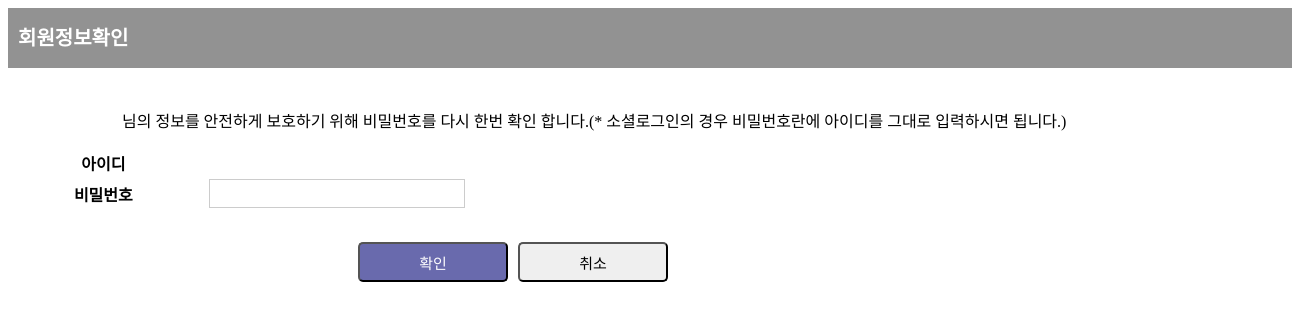
Repository: euzny/Spring-Website
Page: http://localhost/anafor/WEB-INF/views/my_info/checkpw.jsp
The author's editor kept a copy of each file at every save. The page is drawn from the files as they stood at one save, then again after the next save.
The browser window is 1280 px wide. The page is 1292 px wide, so the pictures cover 1292 px, including what lies to the right of the window. The pictures show the whole page.
The page is served by Tomcat 9. Nobody is signed in. Other server files are loaded and not shown. The template is opened directly, without the code that normally fills it, so the values that code supplies are empty.

Above is the page before, as saved 2022-06-21 10:34:29.

### Workspace/anafor/src/main/webapp/WEB-INF/views/my_info/checkpw.jsp
<%@ page language="java" contentType="text/html; charset=UTF-8"
    pageEncoding="UTF-8"%>
<!DOCTYPE html>
<html>
<head>
<meta charset="UTF-8">
<title>Insert title here</title>
<style>
	#titlename{ width:100%; background:#929292; height:60px; text-align:left; font-size:20px; font-weight:700; line-height:60px; padding: 0px 10px; color:#FFFFFF; }
	#spanid,#id{ color:#696AAD; font-weight:800;}
	#spanid { margin-left:10px; }
	#msg_user{width:80%; height:40px; margin-top:40px; text-align:left; margin-left:100px; }
	table{
		width:80%;
	}
	td{
		text-align:left;
		padding-left:10px;
	}
	input[type="password"]{
		border:1px solid #ccc;
		width:250px;
		height:25px;
	}
	input[type="button"]{
		width:150px;
		height:40px;
		margin-right:10px;
		margin-top:30px;
		border-radius:5px;
		font-size:15px;
		color:#FFFFFF;
		cursor:pointer;
	}

	input[type="button"]:nth-child(1){
		background:#696AAD;
	}
	input[type="button"]:nth-child(2){
		color:#000000;
	}

</style>
</head>
<body>
	<div id = "titlename">회원정보확인</div>
	<div id = "msg_user">
		<span id="spanid">${loginInfo.user_name}</span>
		<span>&nbsp;님의 정보를 안전하게 보호하기 위해 비밀번호를 다시 한번 확인 합니다.(* 소셜로그인의 경우 비밀번호란에 아이디를 그대로 입력하시면 됩니다.)</span>
		<input type="hidden" name="userid" id="userid" value="${loginInfo.user_id}"/>
	</div>
		<table>
			<tr>
				<th>아이디</th>
				<td id="id">${loginInfo.user_id }</td>
			</tr>
			<tr>
				<th>비밀번호</th>
				<td><input type="password" name="userpw" id="userpw" /></td>
			</tr>
			<tr>
				<td colspan="2" style="text-align:center; border:0px"><input type="button" value="확인" onclick="checkpw()"/><input type="button"  value="취소"/></td>
			</tr>
		</table>
<script>


function checkpw(){
	$.ajax({					//ajax 통신

		url: 'userLoginChk' ,
		data : {user_id:$("#userid").val(), user_pw:$("#userpw").val()},
		success : function(response){
			if(response){
				alert("회원정보페이지로 이동합니다.");
				location = "userinfo.ur";
			}else{
				alert("비밀번호가 일치하지 않습니다.");
				$("#userpw").focus();
			}
		}, error : function(req,text){
			alert(text+' : '+req.status);
		}
	});//ajax

}



</script>
</body>
</html>

After the next save:
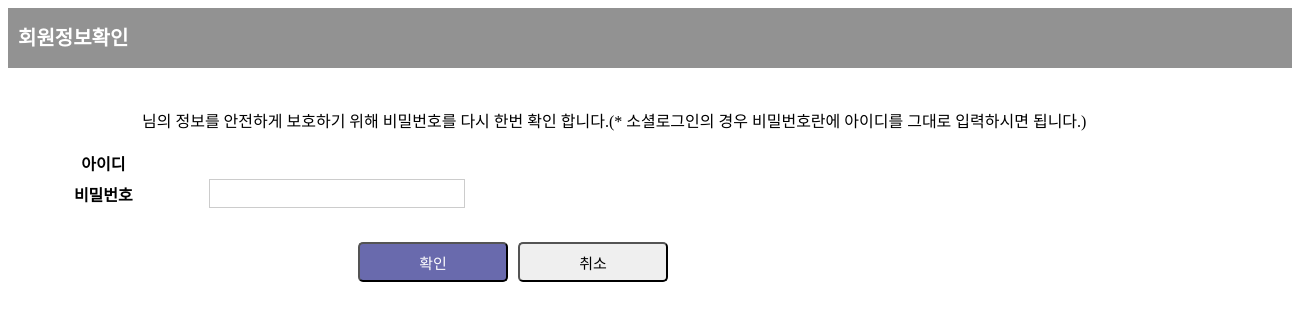
Saved 27 s later.
--- a/Workspace/anafor/src/main/webapp/WEB-INF/views/my_info/checkpw.jsp
+++ b/Workspace/anafor/src/main/webapp/WEB-INF/views/my_info/checkpw.jsp
@@ -8,7 +8,7 @@
 <style>
 	#titlename{ width:100%; background:#929292; height:60px; text-align:left; font-size:20px; font-weight:700; line-height:60px; padding: 0px 10px; color:#FFFFFF; }
 	#spanid,#id{ color:#696AAD; font-weight:800;}
-	#spanid { margin-left:10px; }
+	#spanid { margin-left:30px; }
 	#msg_user{width:80%; height:40px; margin-top:40px; text-align:left; margin-left:100px; }
 	table{
 		width:80%;
